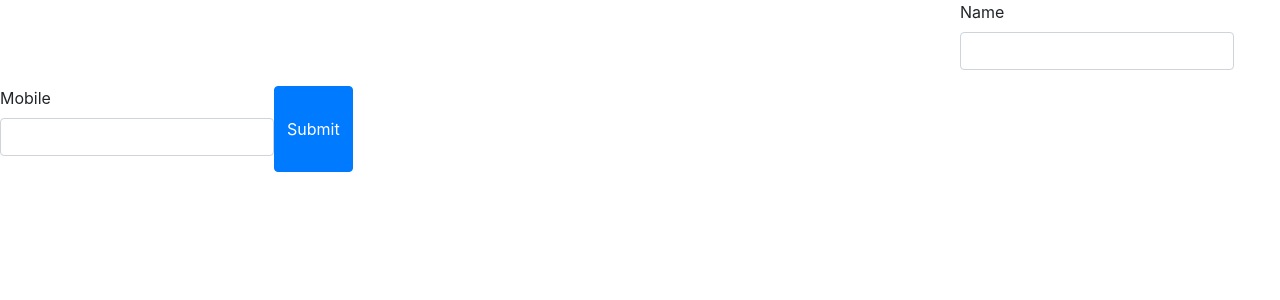
Repository: Pedaxx-IT-solution/E-Waiter-Stuff-
Page: http://localhost/E-Waiter/pages/signup.jsp
The author's editor kept a copy of each file at every save. The page is drawn from the files as they stood at one save, then again after the next save.
The browser window is 1280 px wide. The pictures show the whole page.
The page is served by Tomcat 9.

Above is the page before, as saved 2020-01-23 08:22:03.

After the next save:
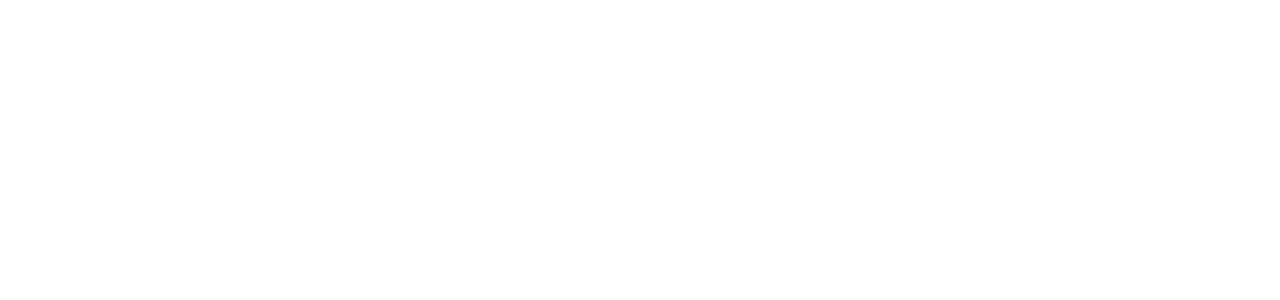
Saved 57 s later.
--- a/E-Waiter/src/main/webapp/pages/signup.jsp
+++ b/E-Waiter/src/main/webapp/pages/signup.jsp
@@ -20,23 +20,11 @@
 		<div class="row">
 			<div class="col-3"></div>
 			<div class="col-6">
-				<form>
-			</div>
-			<div class="form-group">
-				<label for="exampleInputPassword1">Name</label> <input type="text"
-					name="cust_name" class="form-control" id="exampleInputPassword1">
-			</div>
 
-			<div class="form-group">
-				<label for="exampleInputPassword1">Mobile</label> <input
-					type="number" name=cust_mobile class="form-control"
-					id="exampleInputPassword1">
-			</div>
-
-			<button type="submit" class="btn btn-primary">Submit</button>
-			</form>
 
 		</div>
+
+		<div class="col-3"></div>
 
 	</div>
 	</div>

After the save that followed:
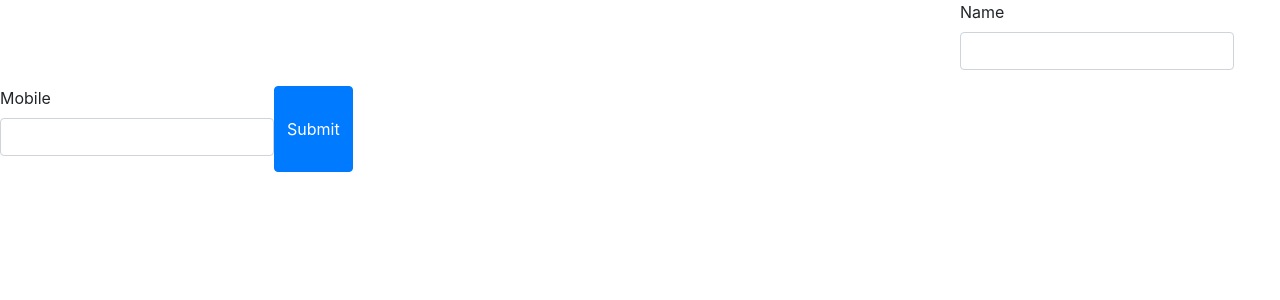
Saved 4 s later.
--- a/E-Waiter/src/main/webapp/pages/signup.jsp
+++ b/E-Waiter/src/main/webapp/pages/signup.jsp
@@ -20,7 +20,21 @@
 		<div class="row">
 			<div class="col-3"></div>
 			<div class="col-6">
+				<form>
+			</div>
+			<div class="form-group">
+				<label for="exampleInputPassword1">Name</label> <input type="text"
+					name="cust_name" class="form-control" id="exampleInputPassword1">
+			</div>
 
+			<div class="form-group">
+				<label for="exampleInputPassword1">Mobile</label> <input
+					type="number" name=cust_mobile class="form-control"
+					id="exampleInputPassword1">
+			</div>
+
+			<button type="submit" class="btn btn-primary">Submit</button>
+			</form>
 
 		</div>
 
